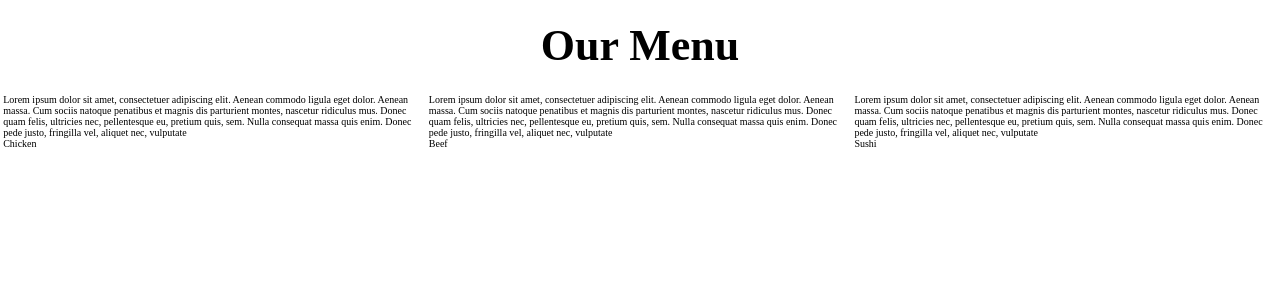
Repository: Normandy72/module2-solution
Page: index.html
An editor plug-in stored every save of this project. The page is shown before and after the next save, followed by the edit.
The browser window is 1280 px wide. The pictures show the whole page.
Some web fonts or font styles are not loaded; a fallback is used.

Above is the page before, as saved 2022-12-05 15:00:47.

### index.html
<!DOCTYPE html>
<html lang="en">
<head>
    <meta charset="UTF-8">
    <meta http-equiv="X-UA-Compatible" content="IE=edge">
    <meta name="viewport" content="width=device-width, initial-scale=1.0">
    <title>Our menu</title>
    <link href="https://fonts.googleapis.com/css2?family=Comic+Neue:ital,wght@0,300;0,400;0,700;1,300;1,400;1,700&family=Roboto:ital,wght@0,100;0,300;0,400;0,500;0,700;0,900;1,100;1,300;1,400;1,500;1,700;1,900&display=swap" rel="stylesheet">
    <link rel="stylesheet" href="styles/style.css">
</head>
<body>
    <h1>Our Menu</h1>
    <div class="wrapper">
        <div class="card">
            <p>Lorem ipsum dolor sit amet, consectetuer adipiscing elit. Aenean commodo ligula eget dolor. Aenean massa. Cum sociis natoque penatibus et magnis dis parturient montes, nascetur ridiculus mus. Donec quam felis, ultricies nec, pellentesque eu, pretium quis, sem. Nulla consequat massa quis enim. Donec pede justo, fringilla vel, aliquet nec, vulputate</p>
            <div class="card__name">Chicken</div>
        </div>
        <div class="card">
            <p>Lorem ipsum dolor sit amet, consectetuer adipiscing elit. Aenean commodo ligula eget dolor. Aenean massa. Cum sociis natoque penatibus et magnis dis parturient montes, nascetur ridiculus mus. Donec quam felis, ultricies nec, pellentesque eu, pretium quis, sem. Nulla consequat massa quis enim. Donec pede justo, fringilla vel, aliquet nec, vulputate</p>
            <div class="card__name">Beef</div>
        </div>
        <div class="card">
            <p>Lorem ipsum dolor sit amet, consectetuer adipiscing elit. Aenean commodo ligula eget dolor. Aenean massa. Cum sociis natoque penatibus et magnis dis parturient montes, nascetur ridiculus mus. Donec quam felis, ultricies nec, pellentesque eu, pretium quis, sem. Nulla consequat massa quis enim. Donec pede justo, fringilla vel, aliquet nec, vulputate</p>
            <div class="card__name">Sushi</div>
        </div>
    </div>
</body>
</html>

### styles/style.css
*{
    font-family: 'Comic Neue', cursive;
    font-size: 10px;

    margin: 0;
    padding: 0;
    box-sizing: border-box;
}

h1{
    font-size: 4.4rem;
    text-align: center;

    padding-top: 20px;
    padding-bottom: 23px;
}

.wrapper{
    display: flex;
    justify-content: space-evenly;
}

.card{
    width: 33%;
}

After the next save:
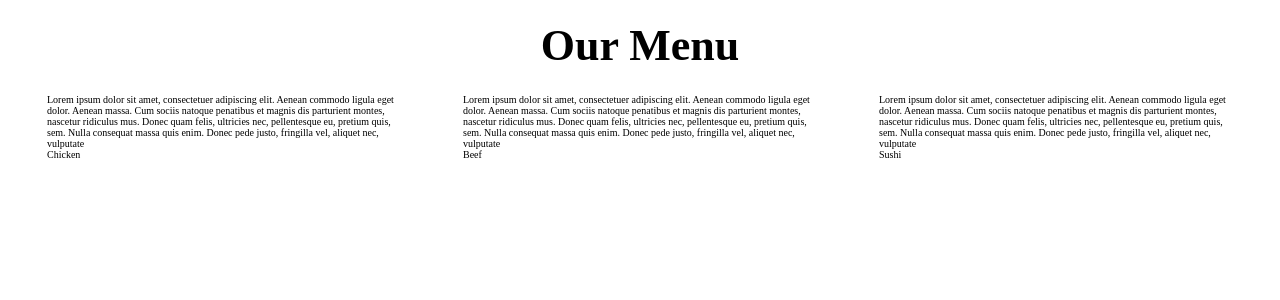
Saved 39 s later.
--- a/styles/style.css
+++ b/styles/style.css
@@ -21,5 +21,6 @@ h1{
 }
 
 .card{
-    width: 33%;
+    width: 30%;
+    padding: 0 15px 30px;
 }
